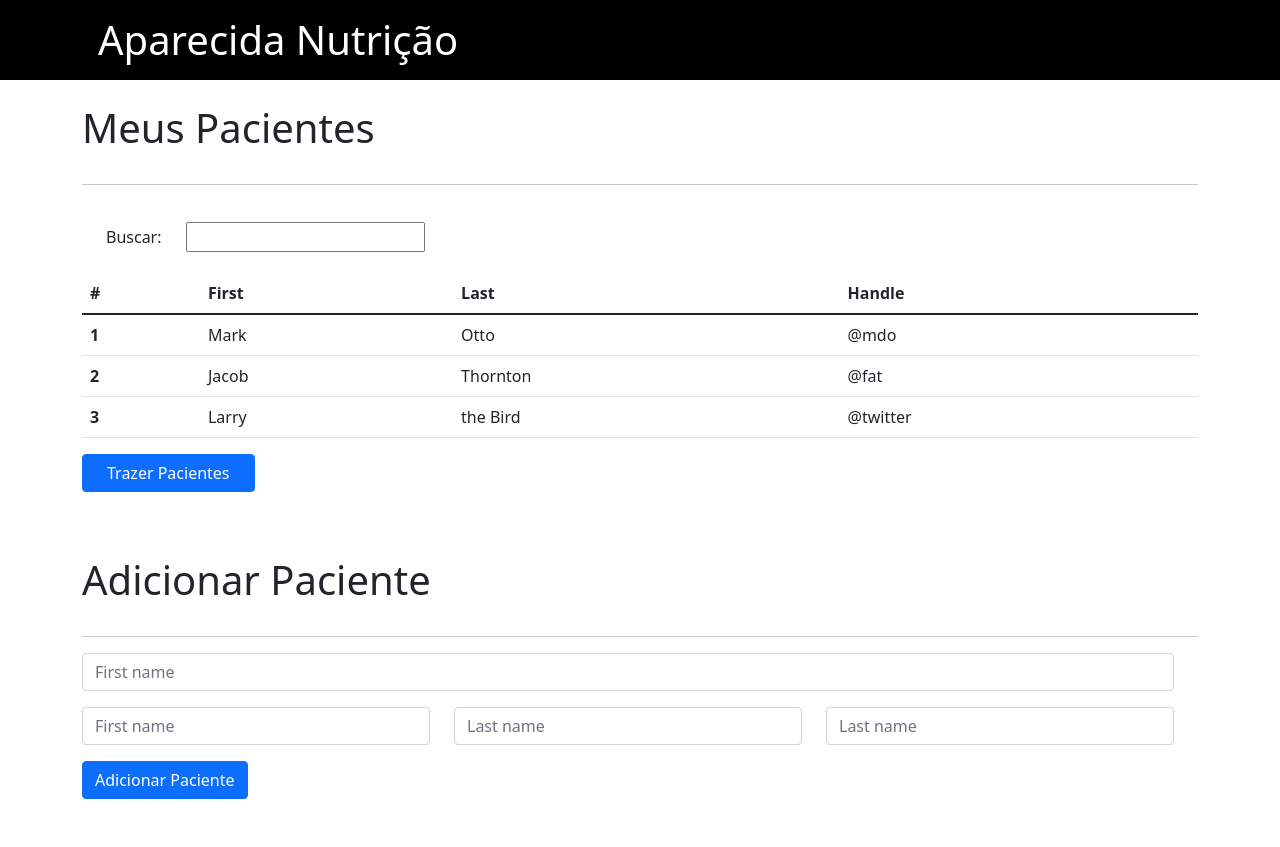
Repository: eversonps/app-paciente
Page: / (app in frontend/)
These files come from the project's save history. The page is drawn as it stood at one moment and after a run of saves; the edit follows.
The browser window is 1280 px wide. The pictures show the whole page.
The project was rebuilt for these pictures with package versions that can differ from the ones it lists, and the page was loaded fresh each time.

Above is the page before, as saved 2022-03-28 14:41:45.

After the next 2 saves:
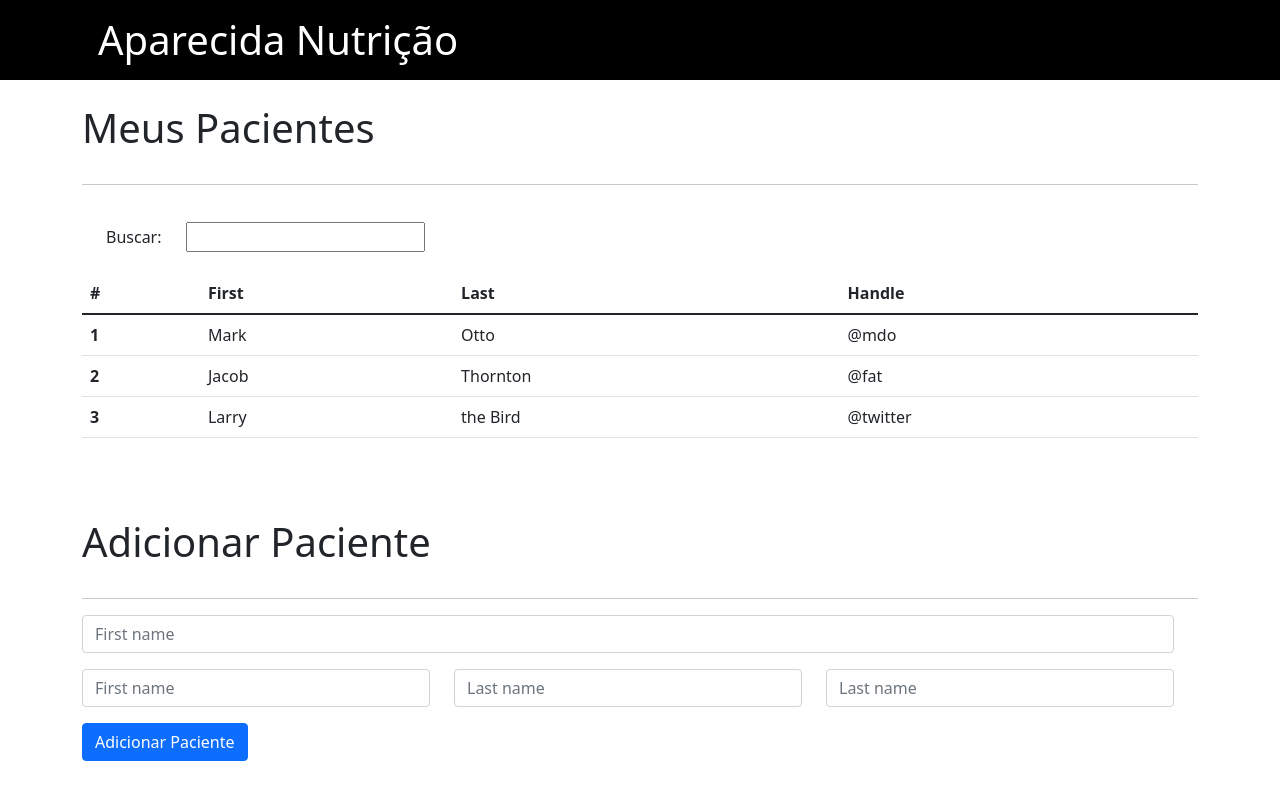
The 2 saves are shown as one change because they came seconds apart.
The last was saved 72 s later.
--- a/frontend/src/Templates/Table.jsx
+++ b/frontend/src/Templates/Table.jsx
@@ -32,7 +32,6 @@ export default props => (
             </tr>
             </tbody>
         </table>
-        <a class="btn btn-primary px-4" href="#" role="button">Trazer Pacientes</a>
     </div>
 
 )
